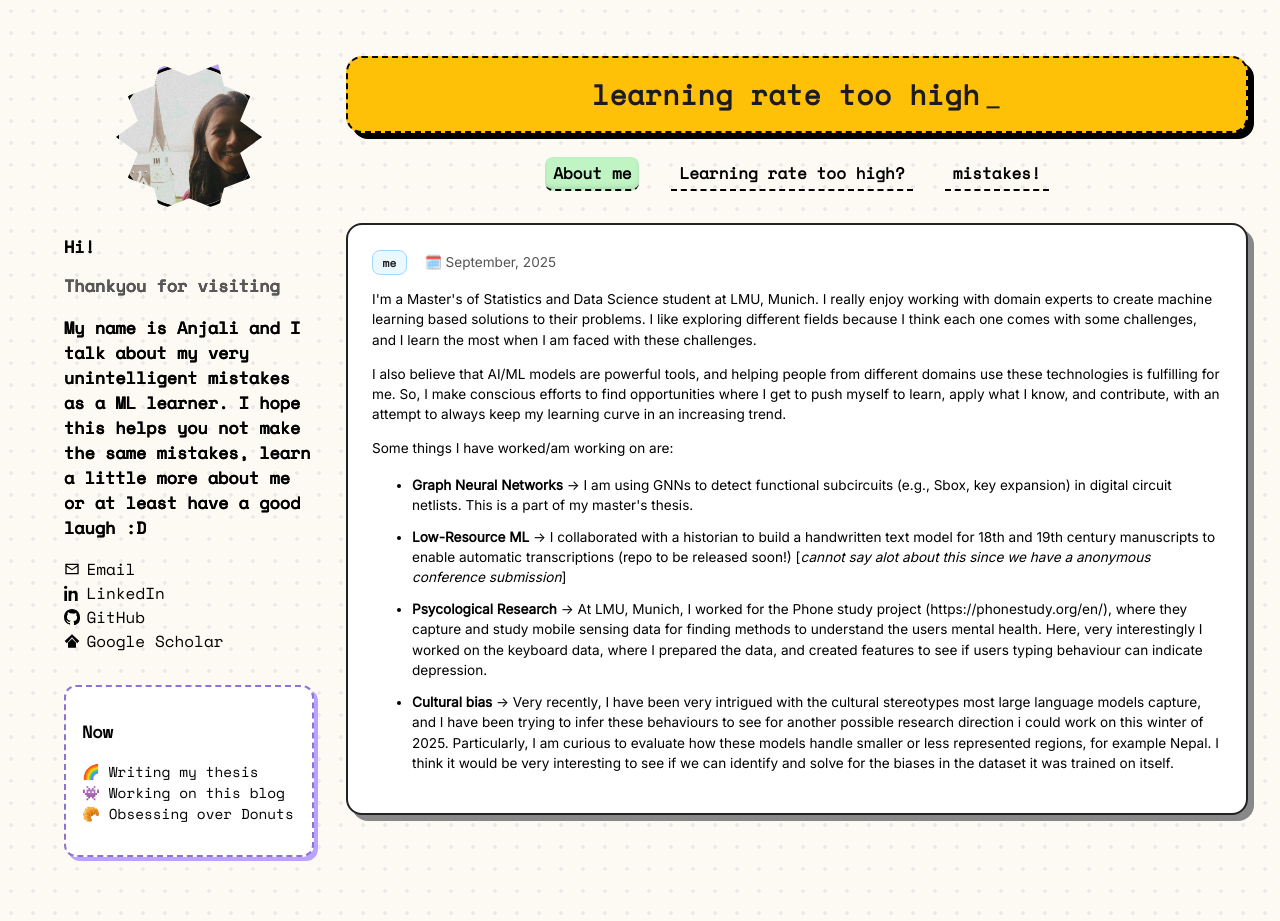
Repository: anjalisarawgi/learning_rate_too_high
Page: index.html
The author's editor kept a copy of each file at every save. The page is drawn from the files as they stood at one save, then again after the next save.
The browser window is 1280 px wide. The pictures show the whole page.

Above is the page before, as saved 2025-11-03 10:14:06.

### index.html
<!DOCTYPE html>
<html lang="en">
<head>
  <meta charset="UTF-8" />
  <meta name="viewport" content="width=device-width, initial-scale=1.0" />
  <meta name="title" content="Learning Rate Too High – Machine Learning Mistakes by Anjali Sarawgi">
  <meta name="description" content="A lighthearted blog documenting my ML experiments, mistakes, and lessons learned.">
  <meta name="author" content="Anjali Sarawgi">
  <meta name="robots" content="index, follow">
  <link rel="canonical" href="https://anjalisarawgi.github.io/learning_rate_too_high/">
  <title>learning rate too high</title>
  <!-- <link href="https://fonts.googleapis.com/css2?family=Space+Mono&family=Press+Start+2P&display=swap" rel="stylesheet"> -->
  <link href="https://fonts.googleapis.com/css2?family=Space+Mono&family=Press+Start+2P&family=Inter&display=swap" rel="stylesheet">
  <style>
    body {
      font-family: 'Space Mono', monospace;
      background-color: #fdfaf4;
      margin: 0;
      padding: 2rem;
      /* background-image: radial-gradient(#ebe9e9 2px, transparent 1px); */
      background-image: radial-gradient(#ebe9e9 2px, transparent 2px);
      background-size: 22px 22px;
    }

    header {
      background: #FFC107;
      color: #1C1C1C;
      padding: 1rem 2rem;
      font-size: 1.75rem;
      font-weight: 700;
      font-family: 'Space Mono', monospace;
      border: 2px dashed #000;
      border-radius: 1rem;
      box-shadow: 6px 6px 0 #000;
      max-width: 900px;
      margin: 1.5rem auto;
      text-align: center;
      letter-spacing: 0.5px;
      transition: all 0.2s ease;

    }

    .cursor {
      display: inline-block;
      margin-left: 0.3rem;
      animation: blink 1s steps(2, start) infinite;
      font-weight: 400;
    }

    @keyframes blink {
      to {
        visibility: hidden;
      }
    }

    nav {
      display: flex;
      justify-content: center;
      gap: 2rem;
      margin: 1.5rem 0;
      flex-wrap: wrap;
    }

    nav a {
  text-decoration: none;
  color: #000;
  font-weight: bold;
  border-bottom: 2px dashed #000;
  padding: 0.25rem 0.5rem;
  transition: all 0.2s ease;
}

nav a:hover {
  background: #A9E6AE; /* slightly darker green */
  border-radius: 0.5rem;
  transform: scale(1.05);
}

nav a.active {
  background: #C1F4C5; /* light green */
  border-radius: 0.5rem;
  font-weight: 700;
  box-shadow: inset 0 -2px 4px rgba(0,0,0,0.1);
}

    .card {
      background: #fff;
      border: 2px solid #222;
      border-radius: 1rem;
      box-shadow: 6px 6px 0 #888;
      padding: 1.5rem;
      margin: 2rem auto;
      max-width: 900px;
      transition: all 0.2s ease;

    }

    .card:hover {
      box-shadow: 8px 8px 0 #aaa;
      transform: translate(-2px, -2px);
    }

    .card h2 {
      margin-top: 0;
      color: #222;
    }

    .card small {
      color: #555;
    }

    .tag {
      display: inline-block;
      background: #EAF8FF;
      color: #1C1C1C;
      border: 1px solid #A1D8FF;
      font-size: 0.7rem;
      font-weight: bold;
      padding: 0.2rem 0.6rem;
      margin-right: 0.5rem;
      border-radius: 0.5rem;
    }

    .footer-cta {
      text-align: center;
      margin-top: 4rem;
      font-size: 1rem;
    }

    .now-block {
      background: #fff; /* light lavender background */
      font-size: 0.9rem;
      padding: 1rem;
      border-radius: 0.75rem;
      margin-top: 2rem;
      box-shadow: 4px 4px 0 #bca2ff; /* soft purple shadow */
      border: 2px dashed #8e72d6; /* retro purple border */
      color: #000;
    }
    footer {
      text-align: center;
      margin-top: 4rem;
      color: #888;
      font-size:
       0.85rem;
    }

    .intro-bold {
      font-weight: 700;
      font-size: 1.05rem;
      /* color: #111; */
      text-shadow: 0.1px 0.1px #111
    }
    .cute-photo {
  display: block;
  margin: 0 auto 1.5rem auto;
  width: 140px;
  height: 140px;
  object-fit: cover;
  border: 3px solid #000;
  box-shadow: 4px 4px 0 #bca2ff;
  background-color: #fff8e1;
  border-radius: 50%;

  /* This makes a flower shape! */
  clip-path: polygon(
    50% 0%, 61% 15%, 78% 8%, 85% 26%, 100% 30%,
    92% 50%, 100% 70%, 85% 74%, 78% 92%, 61% 85%,
    50% 100%, 39% 85%, 22% 92%, 15% 74%, 0% 70%,
    8% 50%, 0% 30%, 15% 26%, 22% 8%, 39% 15%
  );
  transform: rotate(-90deg);
}
    .cute-photo:hover {
  transform: rotate(2deg) scale(1.05);
  transition: all 0.3s ease;
}
    /* Make text inside .card paragraphs and lists use Inter instead of Space Mono */
/* Card body text with smaller, cleaner font */
.card p,
.card li,
.card small {
  font-family: 'Inter', sans-serif;
  font-size: 0.85rem;       /* Smaller size */
  line-height: 1.5;         /* Keep good spacing */
}

/* Card headings stay Space Mono */
.card h2 {
  font-family: 'Space Mono', monospace;
  font-size: 1.3rem;         /* Optional: Slightly smaller heading too */
}
ul li {
  margin-bottom: 0.7rem; /* adjust value as needed */
  line-height: 1.6; /* optional: improves readability */
}
  </style>
</head>
<body>
  <div style="display: flex; max-width: 1400px; margin: 0 auto;">
    <aside style="width: 250px; padding: 2rem; font-family: 'Space Mono', monospace;">
      <img
      src="myphoto.jpeg"
      alt="Anjali Sarawgi"
      class="cute-photo">
      <h2 class="intro-bold" style="margin-top: 0;">Hi!</h2>
      <h3 class="intro-bold" style="margin-top: 0; color: #5a5a5a;">Thankyou for visiting</h3>
      <p class="intro-bold">
        My name is <strong>Anjali</strong> and I talk about my very unintelligent mistakes as a ML learner. I hope this helps you not make the same mistakes, learn a little more about me or at least have a good laugh :D
      </p>

      <a href="mailto:anjali.sarawgi9@gmail.com" style="display: flex; align-items: center; gap: 0.4rem; text-decoration: none; color: #000;">
        <!-- Email Icon -->
        <svg xmlns="http://www.w3.org/2000/svg" width="16" height="16" fill="currentColor" viewBox="0 0 24 24">
          <path d="M2 4h20v16H2V4zm2 2v.511l8 5.334 8-5.334V6H4zm0 2.489V18h16V8.489l-8 5.333-8-5.333z"/>
        </svg>
        <span>Email</span>
      </a>

      <a href="https://www.linkedin.com/in/anjali-sarawgi" target="_blank" style="display: flex; align-items: center; gap: 0.4rem; text-decoration: none; color: #000;">
        <!-- LinkedIn Icon -->
        <svg xmlns="http://www.w3.org/2000/svg" width="16" height="16" fill="currentColor" viewBox="0 0 24 24">
          <path d="M4.98 3.5C4.98 4.88 3.88 6 2.5 6S0 4.88 0 3.5 1.12 1 2.5 1 4.98 2.12 4.98 3.5zM.5 8.49h4V24h-4V8.49zm7.5 0h3.84v2.11h.05c.54-1.01 1.84-2.07 3.79-2.07 4.05 0 4.8 2.66 4.8 6.12V24h-4v-7.79c0-1.86-.03-4.26-2.59-4.26-2.59 0-2.99 2.02-2.99 4.11V24h-4V8.49z"/>
        </svg>
        <span>LinkedIn</span>
      </a>

      <!-- GitHub -->
      <a href="https://github.com/anjalisarawgi" target="_blank" style="display: flex; align-items: center; gap: 0.4rem; text-decoration: none; color: #000;">
        <svg xmlns="http://www.w3.org/2000/svg" width="16" height="16" fill="currentColor" viewBox="0 0 24 24">
          <path d="M12 0C5.37 0 0 5.37 0 12a12 12 0 008.21 11.43c.6.11.82-.26.82-.58v-2.02c-3.34.73-4.04-1.61-4.04-1.61-.55-1.38-1.35-1.75-1.35-1.75-1.1-.76.08-.74.08-.74 1.22.09 1.87 1.25 1.87 1.25 1.08 1.85 2.84 1.31 3.54 1 .11-.79.42-1.31.76-1.61-2.66-.3-5.47-1.33-5.47-5.91 0-1.31.47-2.38 1.24-3.22-.12-.3-.54-1.52.12-3.17 0 0 1-.32 3.29 1.23A11.45 11.45 0 0112 6.84c1.02.01 2.04.14 3 .42 2.29-1.55 3.29-1.23 3.29-1.23.66 1.65.24 2.87.12 3.17.77.84 1.24 1.91 1.24 3.22 0 4.6-2.82 5.61-5.5 5.91.43.37.81 1.09.81 2.21v3.27c0 .32.22.69.83.57A12 12 0 0024 12c0-6.63-5.37-12-12-12z"/>
        </svg>
        <span>GitHub</span>
      </a>


      <!-- Google Scholar -->
      <a href="https://scholar.google.com/citations?user=S54iOkAAAAAJ&hl=en" target="_blank" style="display: flex; align-items: center; gap: 0.4rem; text-decoration: none; color: #000;">
        <svg xmlns="http://www.w3.org/2000/svg" width="16" height="16" fill="currentColor" viewBox="0 0 24 24">
          <path d="M12 2L1 12l3.29 3.29L12 6.41l7.71 8.88L23 12zM12 8.5l-6 6V22h12v-7.5l-6-6z"/>
        </svg>
        <span>Google Scholar</span>
      </a>


      <div class="now-block">
        <h3>Now</h3>
        <p>🌈 Writing my thesis<br>👾 Working on this blog <br>🥐 Obsessing over Donuts</p>
      </div>
    </aside>

    <main style="flex: 1;">
      <header>learning rate too high<span class="cursor">_</span></header>
      <nav>
        <a href="#" data-tab="about" class="active" >About me</a>
        <a href="#" data-tab="loss-infinity">Learning rate too high?</a>
        <a href="#" data-tab="loss-infinity">mistakes!</a>
        <!-- <a href="#" data-tab="raw-text">uncertainity?</a> -->
        <!-- <a href="#" data-tab="wrong-script">wrong script AGAIN!</a> -->
        <!-- <a href="#" data-tab="wrong-script">package version/s</a> -->
        <!-- <a href="#" data-tab="wrong-script">parameters are IMP</a> -->
        <!-- <a href="#" data-tab="wrong-script">some research directions i think of</a> -->
        <!-- <a href="#" data-tab="wrong-script">the data problem</a> -->

        <!-- <a href="#" data-tab="shuffled-labels">shuffled labels</a> -->
      </nav>

      <div class="card" data-tab-content="wrong-script" style="display: none;">
        <div class="tag">bug</div><div class="tag">torch</div>
        <h2>correct code ... wrong script in training</h2>
        <small>🗓️ May, 2025</small>
        <p>I trained a model. I tweaked layers. I changed the loss function. I cursed PyTorch.<br>Nothing changed.<br><br>Turns out, I was editing <code>train.py</code> in folder A and running <code>train.py</code> in folder B. The curse was me.</p>
      </div>

      <div class="card" data-tab-content="loss-infinity" style="display: none;">
        <div class="tag">loss</div><div class="tag">div/0</div>
        <h2>loss infinity</h2>
        <small>🗓️ Jul 10, 2025</small>
        <p>My model diverged so hard it reached theological questions.<br>Turns out I forgot to normalize the input. Again. And again. And again...</p>
      </div>

      <div class="card" data-tab-content="raw-text" style="display: none;">
        <div class="tag">gnn</div><div class="tag">raw text</div>
        <h2>raw text to GNN</h2>
        <small>🗓️ Jun 5, 2025</small>
        <p>I tried putting raw text directly into a GNN.<br>It screamed. I listened.<br>Don't do it.</p>
      </div>

      <div class="card" data-tab-content="shuffled-labels" style="display: none;">
        <div class="tag">labels</div><div class="tag">oops</div>
        <h2>shuffled labels</h2>
        <small>🗓️ May 18, 2025</small>
        <p>I shuffled my data and accidentally shuffled the labels *separately*.<br>The model got creative, but not in a good way.</p>
      </div>

      <div class="card" data-tab-content="about" style="display: block;">
        <div class="tag">me</div>
        <!-- <h2>About me</h2> -->
        <small>🗓️ September, 2025</small>
        <!-- <h2>Hi, I'm Anjali ✨</h2> -->
        <p>I'm a Master's  of Statistics and Data Science student at LMU, Munich. I really enjoy working with domain experts to create machine learning based solutions to their problems. I like exploring different fields because I think each one comes with some challenges, and I learn the most when I am faced with these challenges.        </p>
        <p>I also believe that AI/ML models are powerful tools, and helping people from different domains use these technologies is fulfilling for me. So, I make conscious efforts to find opportunities where I get to push myself to learn, apply what I know, and contribute, with an attempt to always keep my learning curve in an increasing trend.</p>
        <p>Some things I have worked/am working on are:</p>
        <ul>
          <li><strong>Graph Neural Networks</strong> -> I am using GNNs to detect functional subcircuits (e.g., Sbox, key expansion) in digital circuit netlists. This is a part of my master's thesis.
          <li><strong>Low-Resource ML</strong> -> I collaborated with a historian to build a handwritten text model for 18th and 19th century manuscripts to enable automatic transcriptions (repo to be released soon!) [<i>cannot say alot about this since we have a anonymous conference submission</i>]
          <li><strong>Psycological Research</strong> -> At LMU, Munich, I worked for the Phone study project (https://phonestudy.org/en/), where they capture and study mobile sensing data for finding methods to understand the users mental health. Here, very interestingly I worked on the keyboard data, where I prepared the data, and created features to see if users typing behaviour can indicate depression.
          <li><strong>Cultural bias</strong> -> Very recently, I have been very intrigued with the cultural stereotypes most large language models capture, and I have been trying to infer these behaviours to see for another possible research direction i could work on this winter of 2025. Particularly, I am curious to evaluate how these models handle smaller or less represented regions, for example Nepal. I think it would be very interesting to see if we can identify and solve for the biases in the dataset it was trained on itself.
        </ul>

      </div>

      <!-- <footer>
        💥 for more, please wait for me to have another breakdown
      </footer> -->
    </main>
  </div>

  <!-- JS for tab switching -->
  <script>
    const tabs = document.querySelectorAll('nav a');
    const cards = document.querySelectorAll('[data-tab-content]');

    tabs.forEach(tab => {
      tab.addEventListener('click', (e) => {
        e.preventDefault();
        const target = tab.getAttribute('data-tab');

        // Hide all cards
        cards.forEach(card => {
          card.style.display = 'none';
        });

        // Remove 'active' class from all tabs
        tabs.forEach(t => t.classList.remove('active'));

        // Add 'active' to clicked tab
        tab.classList.add('active');

        // Show the matching card
        const activeCard = document.querySelector(`[data-tab-content="${target}"]`);
        if (activeCard) activeCard.style.display = 'block';
      });
    });
  </script>
</body>
</html>

After the next save:
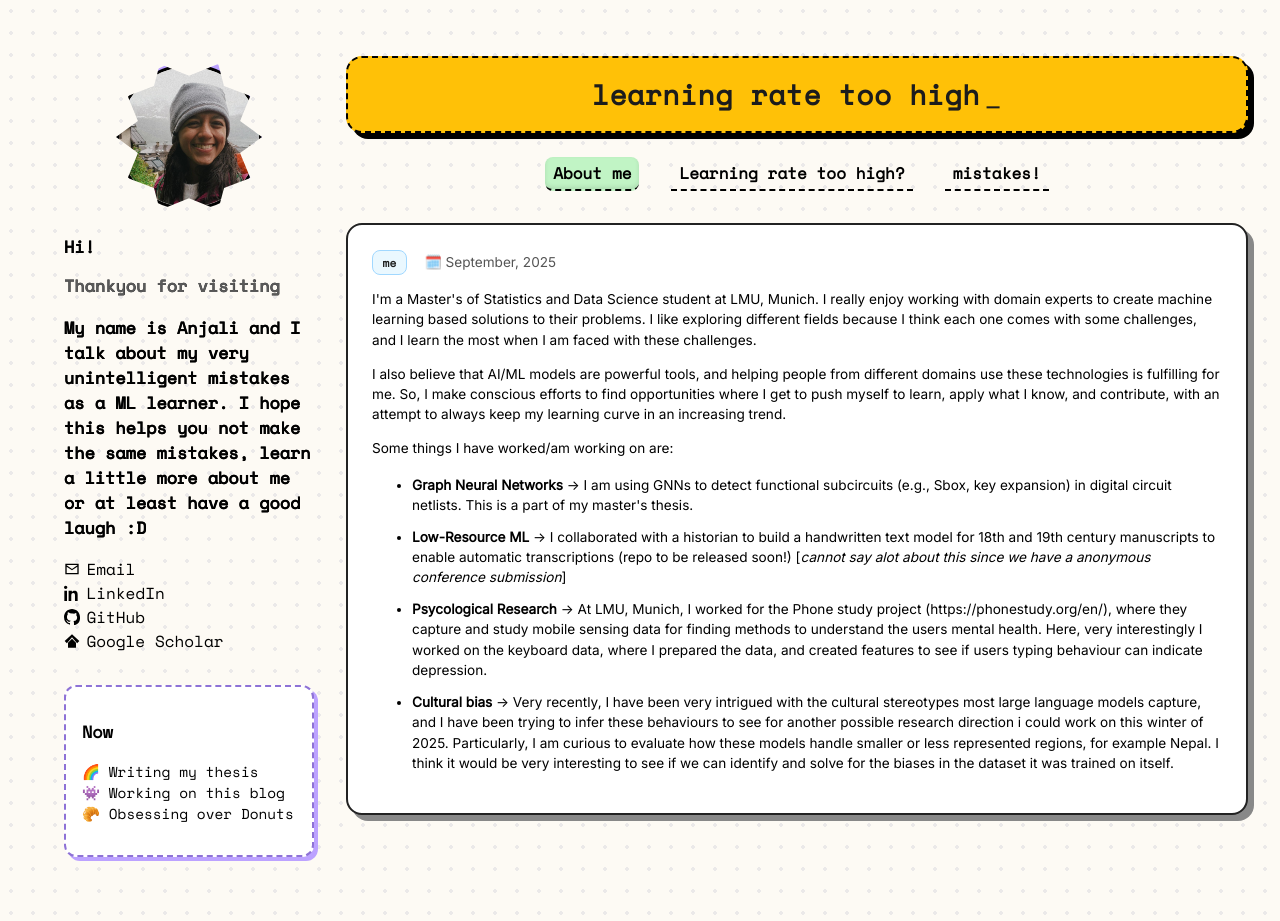
Saved 29 s later.
--- a/index.html
+++ b/index.html
@@ -200,7 +200,7 @@ ul li {
   <div style="display: flex; max-width: 1400px; margin: 0 auto;">
     <aside style="width: 250px; padding: 2rem; font-family: 'Space Mono', monospace;">
       <img
-      src="myphoto.jpeg"
+      src="myphoto2.jpeg"
       alt="Anjali Sarawgi"
       class="cute-photo">
       <h2 class="intro-bold" style="margin-top: 0;">Hi!</h2>
